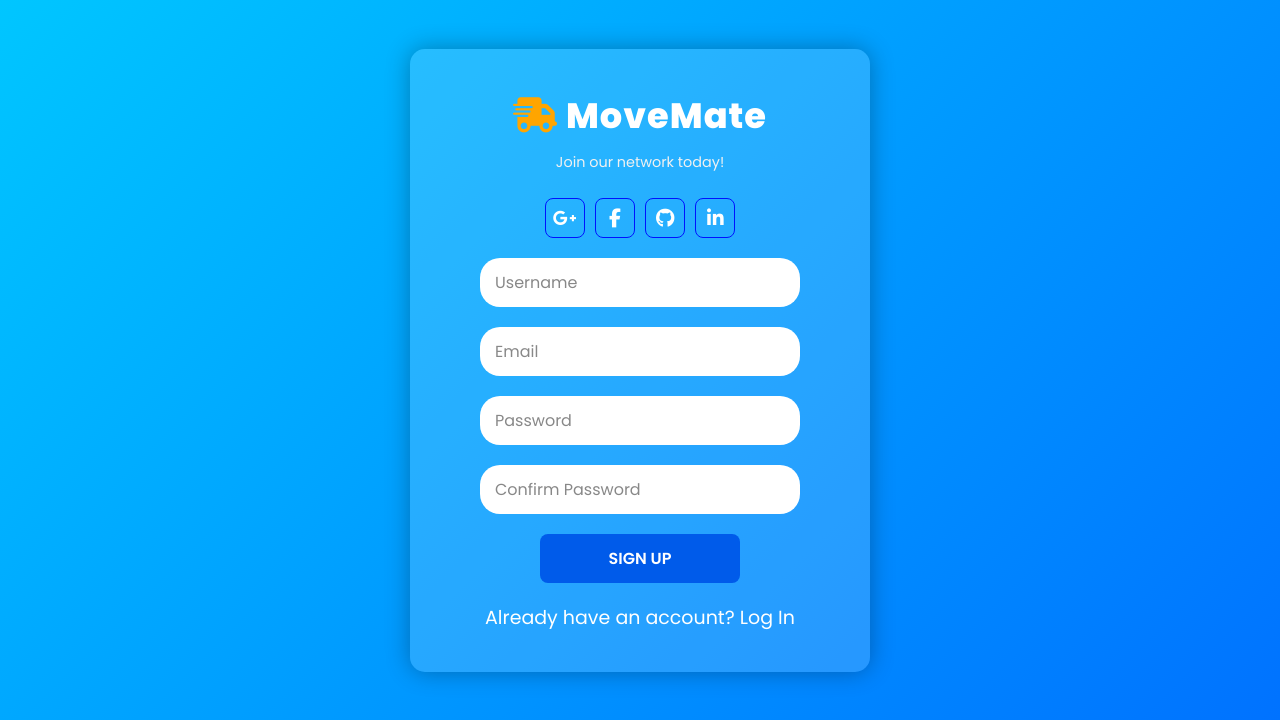
Repository: MoveMate7018/Slokdhorda7014
Page: registration.html
The author's editor kept a copy of each file at every save. The page is drawn from the files as they stood at one save, then again after the next save.
The browser window is 1280 px wide. The pictures show the whole page.

Above is the page before, as saved 2025-10-27 15:01:52.

### registration.html
<!DOCTYPE html>
<html lang="en">
<head>
    <meta charset="UTF-8">
    <meta name="viewport" content="width=device-width, initial-scale=1.0">
    <!-- CSS -->
     <link rel="stylesheet" href="Assets/css/registration.css">
    <!-- bootstrap -->
    <link rel="stylesheet" href="https://cdnjs.cloudflare.com/ajax/libs/font-awesome/6.5.0/css/all.min.css">
    <link href="https://fonts.googleapis.com/css2?family=Poppins:wght@400;600;800&display=swap" rel="stylesheet">
    <link rel="stylesheet" href="https://cdnjs.cloudflare.com/ajax/libs/font-awesome/6.5.0/css/all.min.css">
    <title>Registration</title>

</head>
<body>
    <div class="container">

        <h1 class="logo"><i class="fa-solid fa-truck-fast"></i>MoveMate</h1>
        <p class="tagline">Join our network today!</p>

        <form action="login.html">
             <div class="extra-login-options">
          <a href="#" class="icon"><i class="fa-brands fa-google-plus-g"></i></a>
          <a href="#" class="icon"><i class="fa-brands fa-facebook-f"></i></a>
          <a href="#" class="icon"><i class="fa-brands fa-github"></i></a>
          <a href="#" class="icon"><i class="fa-brands fa-linkedin-in"></i></a>
        </div>
            <div class="input-box">
                <input type="text" placeholder="Username" required>
            </div>
            <div class="input-box">
                <input type="email" placeholder="Email" required>
            </div>
            <div class="input-box">
                <input type="password" placeholder="Password" required>
            </div>
            <div class="input-box">
                <input type="password" placeholder="Confirm Password" required>
            </div>

            <button type="submit" class="register-btn">SIGN UP</button>

            <div class="links">

                <a href="login.html" class="link">Already have an account? Log In </a>
            </div>
        </form>
    </div>
</body>
</html>

### Assets/css/registration.css
 * {
            margin: 0;
            padding: 0;
            box-sizing: border-box;
            font-family: "Poppins", sans-serif;
        }

        body {
            height: 100vh;
            background: linear-gradient(135deg, #00c6ff, #0072ff);
            display: flex;
            justify-content: center;
            align-items: center;
            opacity: 0;
            animation: fadeInBody 0.9s ease-out forwards;
        }
        @keyframes fadeInBody {
            to {
                opacity: 1;
            }
        }


        .container {
            width: 460px;
            background: rgba(255, 255, 255, 0.15);
            border-radius: 15px;
            backdrop-filter: blur(10px);
            box-shadow: 0 0 25px rgba(0, 0, 0, 0.3);
            text-align: center;
            padding: 40px 30px;
            color: white;
            opacity: 0;
            transform: scale(0.9) translateY(30px);
            animation: slideInScale 1s ease-out 0.3s forwards;
       }

        @keyframes slideInScale{
         to{
             opacity: 1;
             transform: scale(1) translateY(0);
            }
     }

        .logo {
            font-size: 2.2rem;
            font-weight: 800;
            color: white;
            margin-bottom: 10px;
            letter-spacing: 1px;
            opacity: 0;
            animation: fadeInUp 0.8s ease-out 0.5s forwards;
        }
         @keyframes fadeInBody {
            to {
                opacity: 1;
            }
        }

        .logo i {
            color: orange;
            margin-right: 8px;
            animation: bounceTruck 1.5s infinite;
            opacity: 0;
            animation: fadeInUp 0.8s ease-out 0.5s forwards;
        }

        @keyframes bounceTruck {
            0%, 100% { transform: translateY(0); }
            50% { transform: translateY(-4px); }
        }
         @keyframes fadeInBody {
            to {
                opacity: 1;
            }
        }

        p.tagline {
            color: #f1f1f1;
            font-size: 0.9rem;
            margin-bottom: 25px;
            opacity: 0;
            animation: fadeInUp 0.8s ease-out 0.5s forwards;
        }
        @keyframes fadeInUp {
            to {
                opacity: 1;
                transform: translateY(0);
            }
        }

        .input-box {
            width: 100%;
            margin-bottom: 20px;
            position: relative;
        }

        .input-box input {
            width: 80%;
            padding: 12px 15px;
            border: none;
            border-radius: 20px;
            outline: none;
            font-size: 1rem;
            color: #333;
        }

        .input-box input::placeholder {
            color: #888;
        }


        .register-btn {
            width: 50%;
            background-color: #005bea;
            color: white;
            border: none;
            border-radius: 8px;
            padding: 12px;
            font-size: 1rem;
            font-weight: 600;
            cursor: pointer;
            transition: 0.3s;
        }

        .register-btn:hover {
            background-color: #0043a8;
        }

        .links {
            margin-top: 20px;
            font-size: 0.9rem;
        }

        .links a {
            color: #fff;
            text-decoration: none;
            margin: 0 8px;
        }

        .links a:hover {
            text-decoration: underline;
        }

        @media (max-width: 420px) {
            .container {
                width: 90%;
                padding: 30px 20px;
            }
            .logo {
                font-size: 1.8rem;
            }
        }
        .container form h1{
             opacity: 0;
             animation: fadeInUp 0.5s ease-out forwards;
         }

         .container form .social-list{
             opacity: 0;
             animation: fadeInUp 0.5s ease-out forwards;
         }

         .container form span{
             opacity: 0;
             animation: fadeInUp 0.5s ease-out forwards;
         }

         .container form input{
             opacity: 0;
             animation: fadeInUp 0.5s ease-out forwards;
         }

         .container form input{
             animation-delay: 1s;
         }

         .container form input{
             animation-delay: 1s;
         }

         .container form a{
             opacity: 0;
             animation: fadeInUp 0.5s ease-out 1.7s forwards;
         }

         .container form button{
             opacity: 0;
             animation: fadeInUp 0.5s ease-out 1.8s forwards;
         }

         @keyframes fadeInUp{
             from{
                 opacity: 0;
                 transform: translateY(20px);
             }
             to{
                 opacity: 1;
                 transform: translateX(0);
             }
         }

        .container a{
         color: rgb(255, 255, 255);
         font-size: 19px;
         text-decoration: none;
         margin: 15px 0 10px;
       }

         .extra-login-options{
           margin: 20px 0;
        }

         .extra-login-options a{
            border: 1px solid #0011ff;
            border-radius: 20%;
            display: inline-flex;
            justify-content: center;
            align-items: center;
            margin: 0 3px;
            width: 40px;
            height: 40px;
        }
        .link{
            color: white;
        }

After the next save:
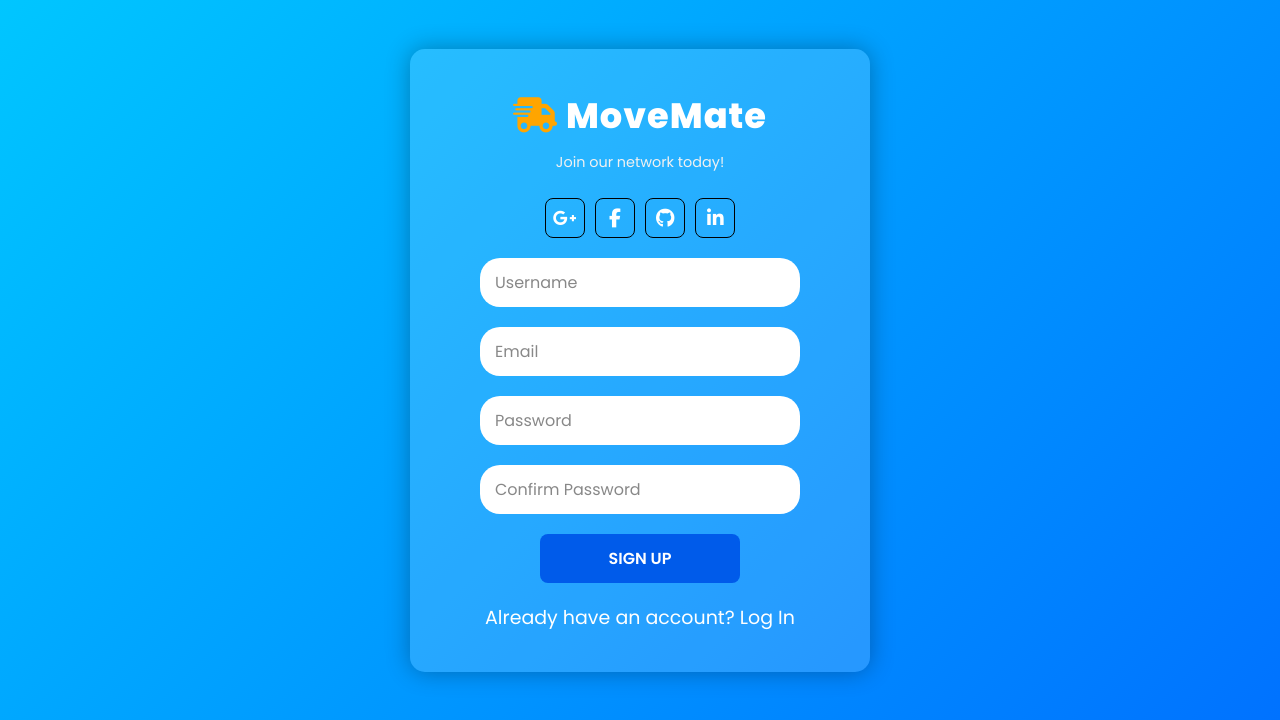
Saved 6 s later.
--- a/Assets/css/registration.css
+++ b/Assets/css/registration.css
@@ -212,7 +212,7 @@
         }
 
          .extra-login-options a{
-            border: 1px solid #0011ff;
+            border: 1px solid #000000;
             border-radius: 20%;
             display: inline-flex;
             justify-content: center;
